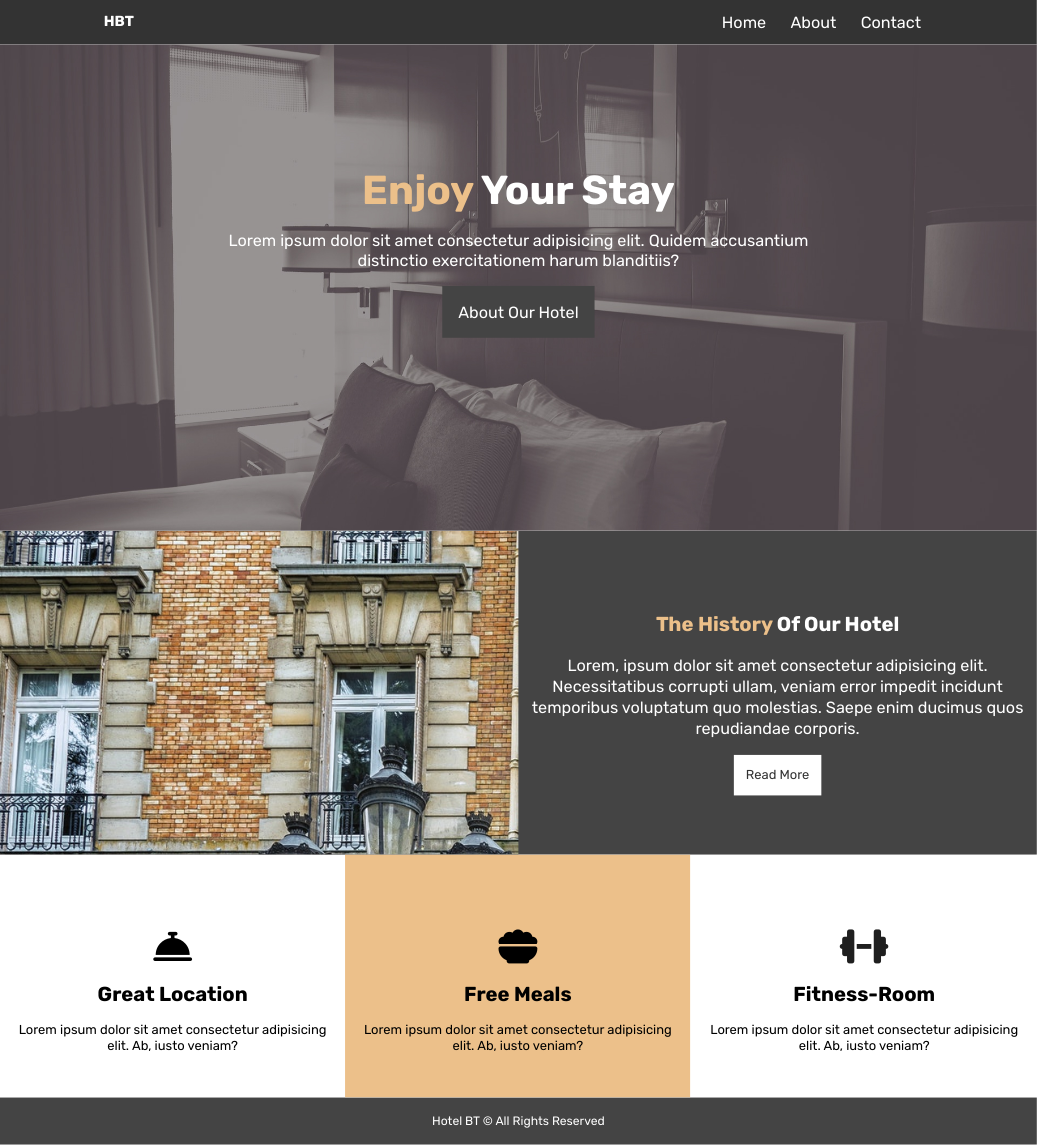
Repository: reemoon-ctrl/35---hotel-website
Page: index.html
An editor plug-in stored every save of this project. The page is shown before and after the next save, followed by the edit.
The browser window is 1280 px wide. The pictures show the whole page, at 81% of full size.
Some web libraries are served in a nearby version.

Above is the page before, as saved 2024-07-24 19:52:12.

After the next save:
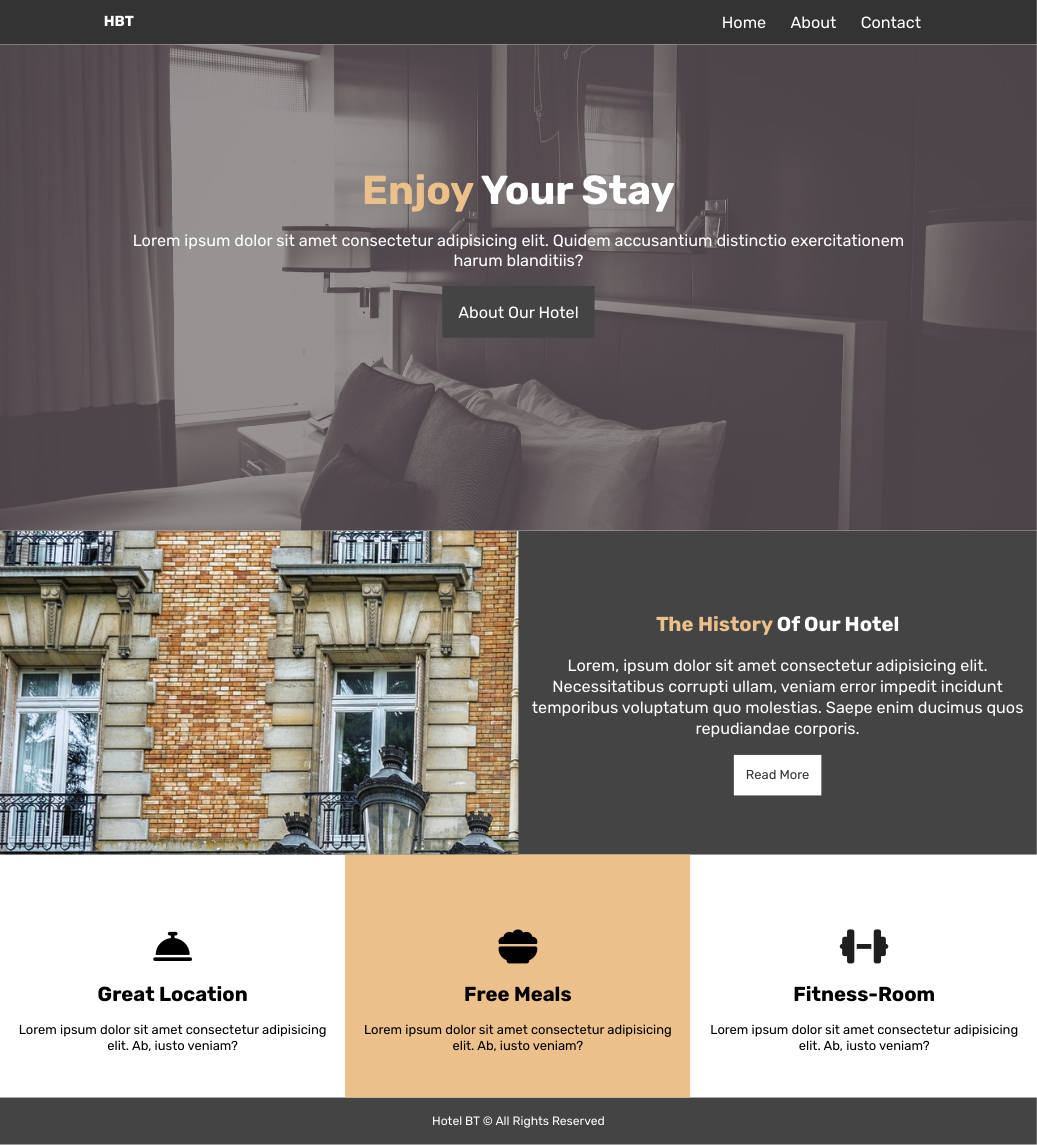
Saved 50 s later.
--- a/index.css
+++ b/index.css
@@ -73,7 +73,7 @@
 }
 .mainheadertxt{
     /* margin: auto; */
-    padding: 150px 20%;
+    padding: 150px 10%;
     position:relative;
     text-align: center;
     /* margin-top: 20px; */

After the save that followed:
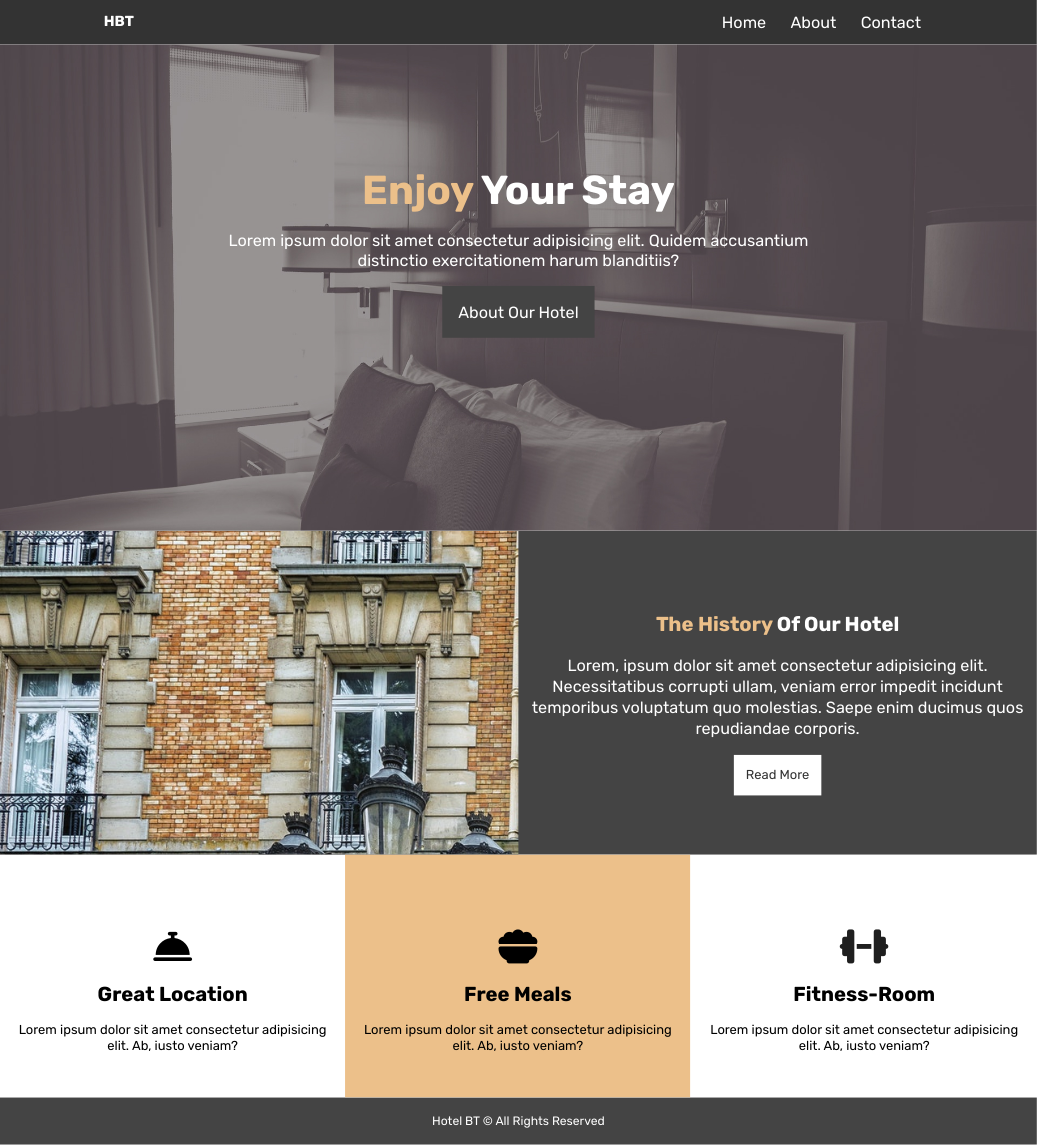
Saved 13 s later.
--- a/index.css
+++ b/index.css
@@ -73,7 +73,7 @@
 }
 .mainheadertxt{
     /* margin: auto; */
-    padding: 150px 10%;
+    padding: 150px 20%;
     position:relative;
     text-align: center;
     /* margin-top: 20px; */
